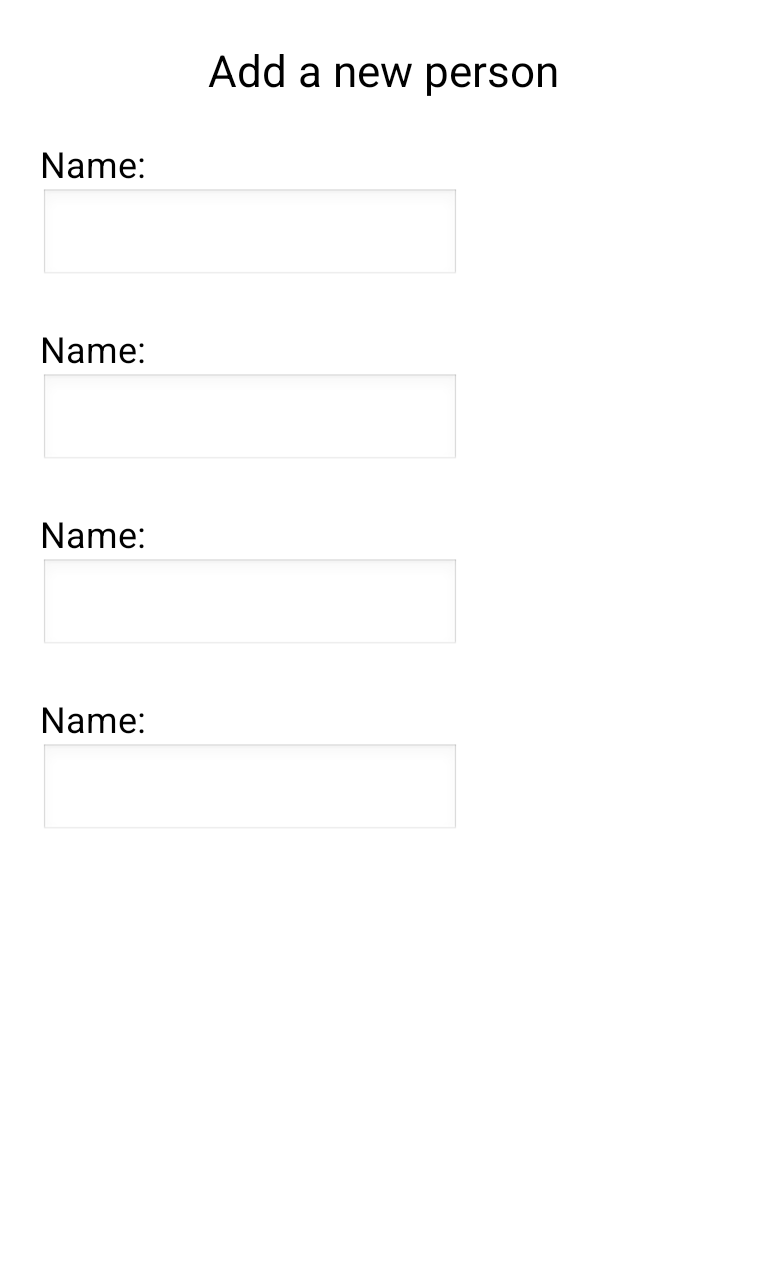
Repository: SimonIsMe/workspace_android
Layout: Lista5/res/layout/activity_add_new_person.xml
The author's editor kept a copy of each file at every save. The layout is drawn from the files as they stood at one save, then again after the next save.
It is drawn on a 768 x 1280 px phone screen (xhdpi) without system bars, with theme AppTheme; the app's code is not run.

Above is the layout before, as saved 2012-12-11 13:26:45.

After the next save:
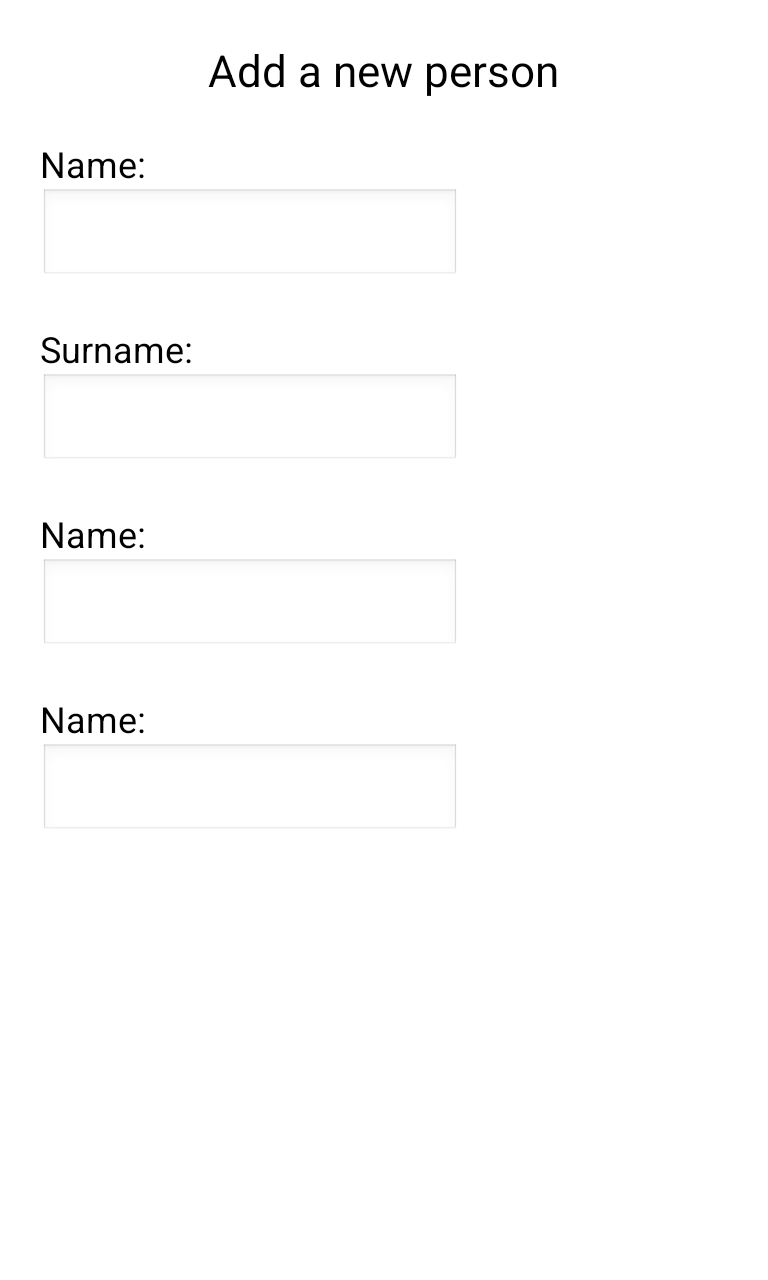
Saved 10 s later.
--- a/Lista5/res/layout/activity_add_new_person.xml
+++ b/Lista5/res/layout/activity_add_new_person.xml
@@ -65,7 +65,7 @@
                 android:id="@+id/textView2"
                 android:layout_width="wrap_content"
                 android:layout_height="wrap_content"
-                android:text="Name:"
+                android:text="Surname:"
                 android:textAppearance="?android:attr/textAppearanceMedium" />
 
         </TableRow>
